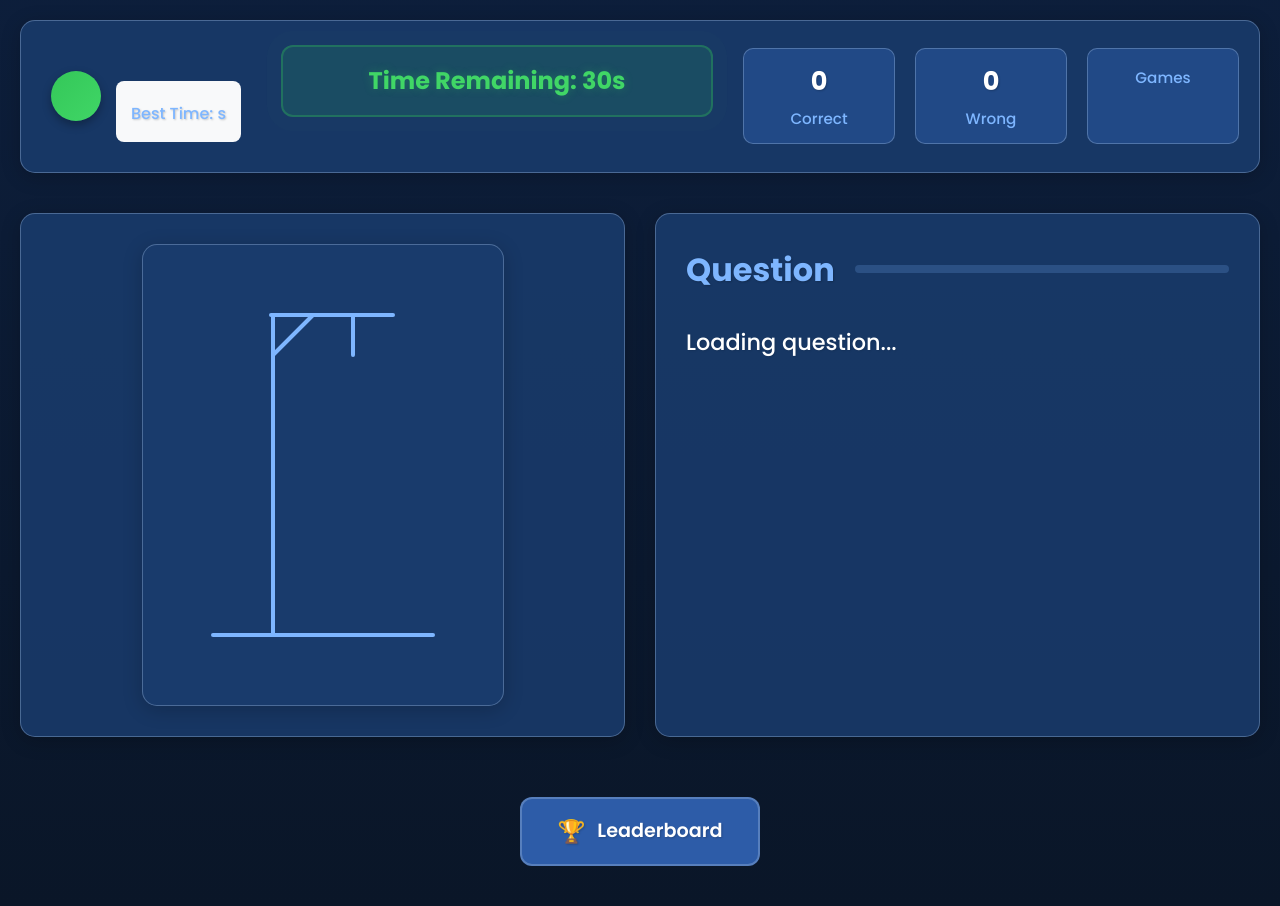
Repository: Team-4i/iks
Page: hang/templates/hang/game.html
The author's editor kept a copy of each file at every save. The page is drawn from the files as they stood at one save, then again after the next save.
The browser window is 1280 px wide. The pictures show the whole page.
The template is drawn by Django 5.2. The application's start-up code is not run. The template is opened directly, without the code that normally fills it, so the values that code supplies are empty.

Above is the page before, as saved 2025-04-18 23:34:58.
Console error: SyntaxError: Unexpected token ','

After the next save:
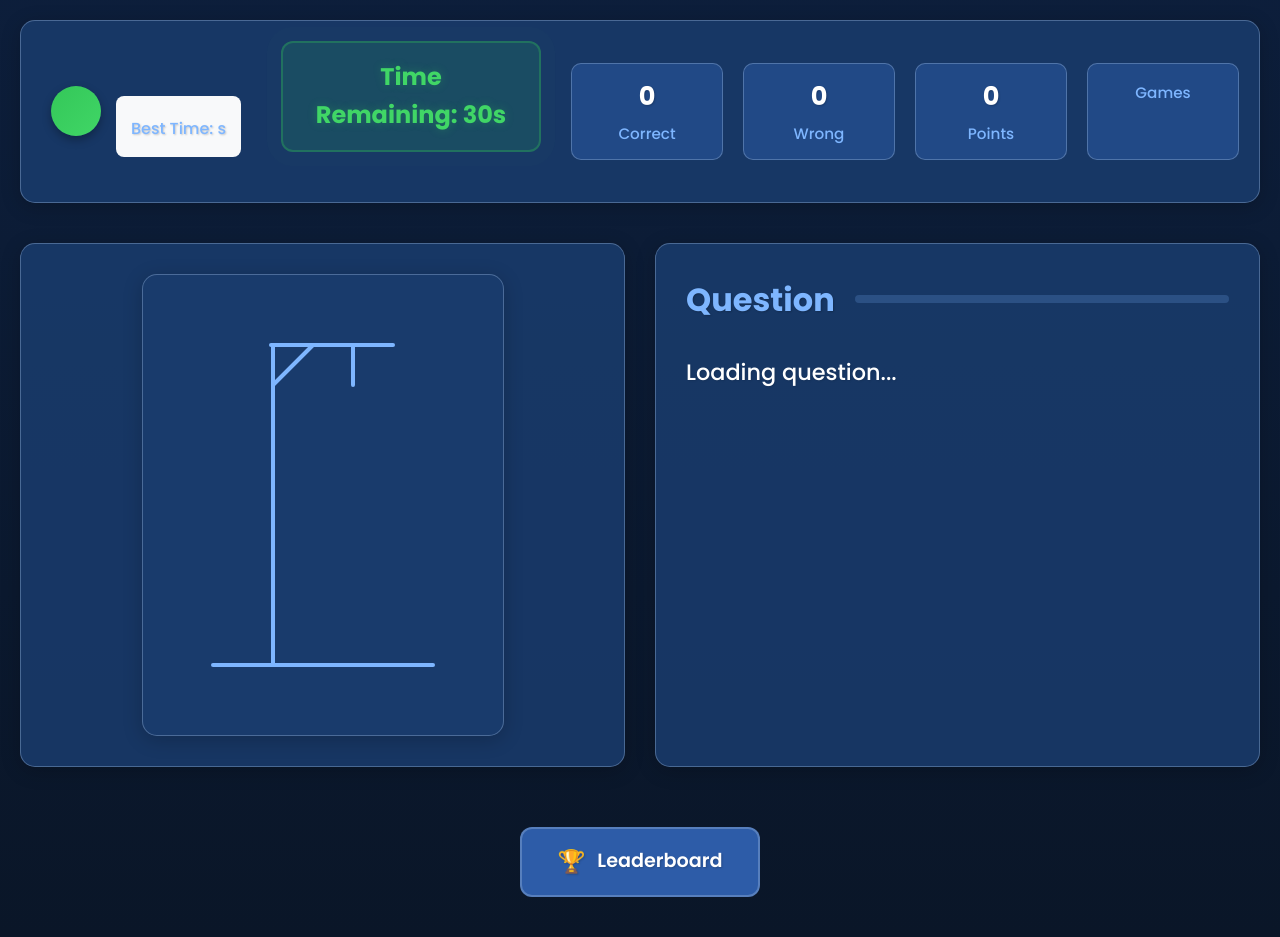
Saved 18 s later.
--- a/hang/templates/hang/game.html
+++ b/hang/templates/hang/game.html
@@ -35,6 +35,10 @@
                     <div class="stat-label">Wrong</div>
                 </div>
                 <div class="stat">
+                    <div class="stat-value points-display">0</div>
+                    <div class="stat-label">Points</div>
+                </div>
+                <div class="stat">
                     <div class="stat-value">{{ player_stats.games_played }}</div>
                     <div class="stat-label">Games</div>
                 </div>
